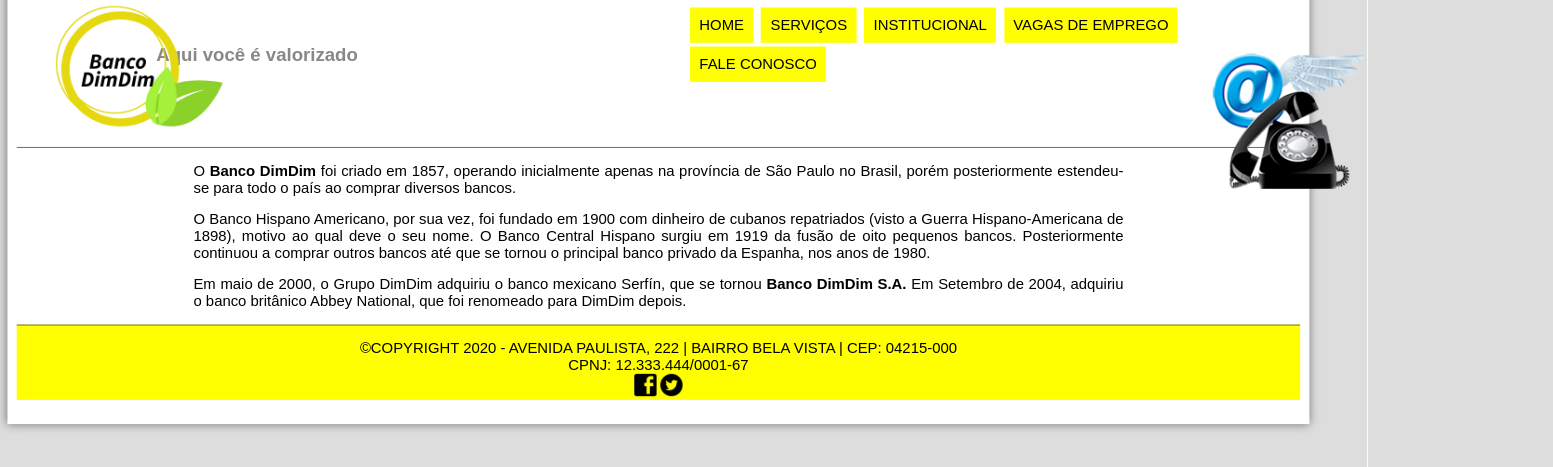
Repository: marceloShibuya/DevOps
Page: http://localhost/Nac_DevOPS/contato.jsp
An editor plug-in stored every save of this project. The page is shown before and after the next save, followed by the edit.
The browser window is 1280 px wide. The page is 1470 px wide, then 1670 px, so the pictures cover 1670 px, including what lies to the right of the window. The pictures show the whole page, at 93% of full size.
Some web fonts or font styles are not loaded; a fallback is used. The page is served by Tomcat 9.

Above is the page before, as saved 2020-02-25 00:37:48.

After the next save:
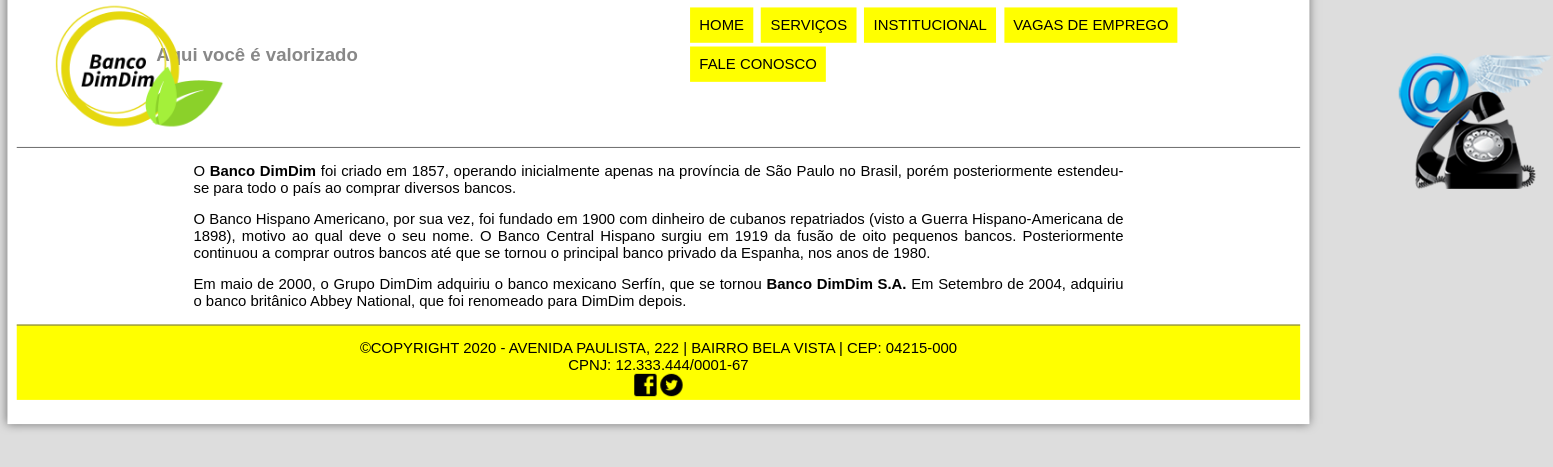
Saved 56 s later.
--- a/Nac_DevOPS/WebContent/_css/estilo.css
+++ b/Nac_DevOPS/WebContent/_css/estilo.css
@@ -20,7 +20,7 @@ div#interface {
 
 header#cabecalho img#icone_2 {
 	position: absolute;
-	left: 1300px;
+	left: 1500px;
 	top: 50px;
 }
 
